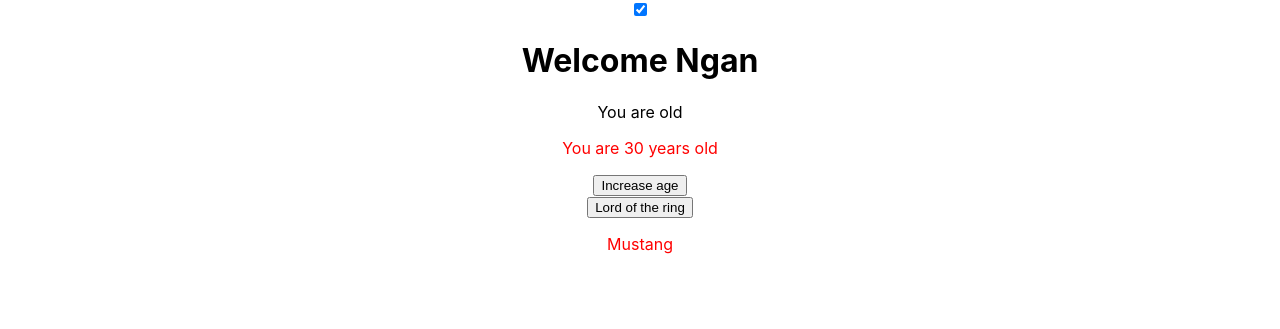
Repository: nguyenthibichngan/learn-react-redux
Page: /
These files come from the project's save history. The page is drawn as it stood at one moment and after the next save; the edit follows.
The browser window is 1280 px wide. The pictures show the whole page.
The project was rebuilt for these pictures with package versions that can differ from the ones it lists, and the page was loaded fresh each time.

Above is the page before, as saved 2023-09-11 15:00:12.

### src/App.js
import { useState } from "react";
import "./App.css";
import { AgeCounter } from "./component/AgeCounter";
import { Greetings } from "./component/Greetings";
import { Car } from "./component/Car/Car";

function App() {
  const [movie, setMovie] = useState("Lord of the ring");

  function updateMovie() {
    setMovie("Fight club");
    console.log(movie);
  }

  return (
    <div className="App">
      <input
        type="checkbox"
        checked
        onChange={function () {
          console.log("You clicked");
        }}
      />
      <h1>Welcome Ngan</h1>
      <Greetings
        firstName={"Rachel"}
        lastName={"Green"}
        age={101}
        car={{ brand: "Viper", color: "red", speed: 200 }}
        doSomething={function () {
          console.log("Hi Ngannn");
        }}
      />

      <AgeCounter />

      <button onClick={updateMovie}>{movie}</button>

      <Car />
    </div>
  );
}

export default App;

### src/App.css
.App {
  text-align: center;
}

.App-logo {
  height: 40vmin;
  pointer-events: none;
}

@media (prefers-reduced-motion: no-preference) {
  .App-logo {
    animation: App-logo-spin infinite 20s linear;
  }
}

.App-header {
  background-color: #282c34;
  min-height: 100vh;
  display: flex;
  flex-direction: column;
  align-items: center;
  justify-content: center;
  font-size: calc(10px + 2vmin);
  color: white;
}

.App-link {
  color: #61dafb;
}

@keyframes App-logo-spin {
  from {
    transform: rotate(0deg);
  }
  to {
    transform: rotate(360deg);
  }
}

p {
  color: red;
}

### src/component/AgeCounter.js
import { useState } from "react";
import { AgeDisplay } from "./AgeDisplay";

export function AgeCounter(props) {
  //   let age = 30;

  //   function increaseAge() {
  //     age++;
  //   }

  const [age, setAge] = useState(30);

  function increaseAge() {
    setAge(age + 1);
  }

  return (
    <div>
      {/* <p>You are {age} years old</p> */}

      <AgeDisplay age={age} />
      <button onClick={increaseAge}>Increase age</button>
    </div>
  );
}

### src/component/Greetings.js
export function Greetings(props) {
  console.log(props);

  if (props.age > 100) {
    return <div>You are old</div>;
  } else {
    return <div>You are young</div>;
  }

  //   return (
  //     <div>
  //       Hi {props.firstName} {props.lastName} you are {props.age}
  //     </div>
  //   );
}

### src/component/Car/Car.js
export function Car(props) {
  return <p>Mustang</p>;
}

### src/component/AgeDisplay.js
export function AgeDisplay(props) {
  return <p>You are {props.age} years old</p>;
}

### src/component/Greeting/Greeting.js
export function Greeting(props) {
  return <p>Hi Ngan</p>;
}

Loaded but not shown: public/index.html (common file); src/index.js (common file); src/index.css (common file); src/reportWebVitals.js (common file)

After the next save:
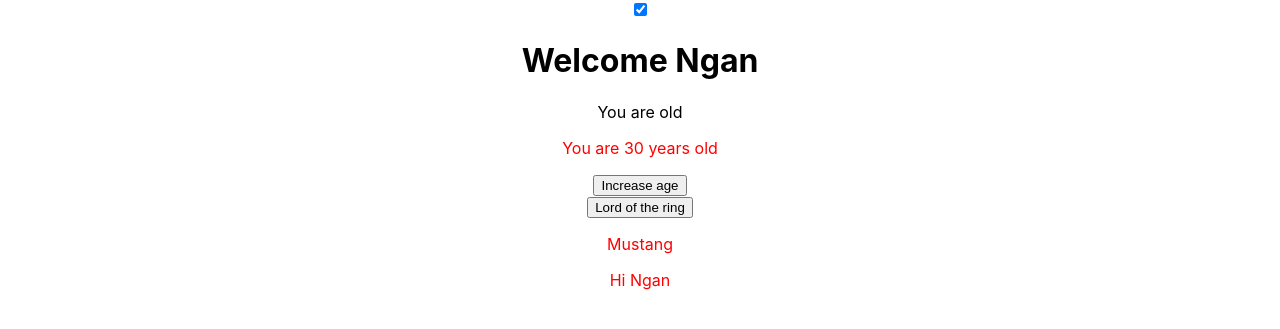
Saved 16 s later.
--- a/src/App.js
+++ b/src/App.js
@@ -3,6 +3,7 @@ import "./App.css";
 import { AgeCounter } from "./component/AgeCounter";
 import { Greetings } from "./component/Greetings";
 import { Car } from "./component/Car/Car";
+import { Greeting } from "./component/Greeting/Greeting";
 
 function App() {
   const [movie, setMovie] = useState("Lord of the ring");
@@ -37,6 +38,7 @@ function App() {
       <button onClick={updateMovie}>{movie}</button>
 
       <Car />
+      <Greeting />
     </div>
   );
 }
